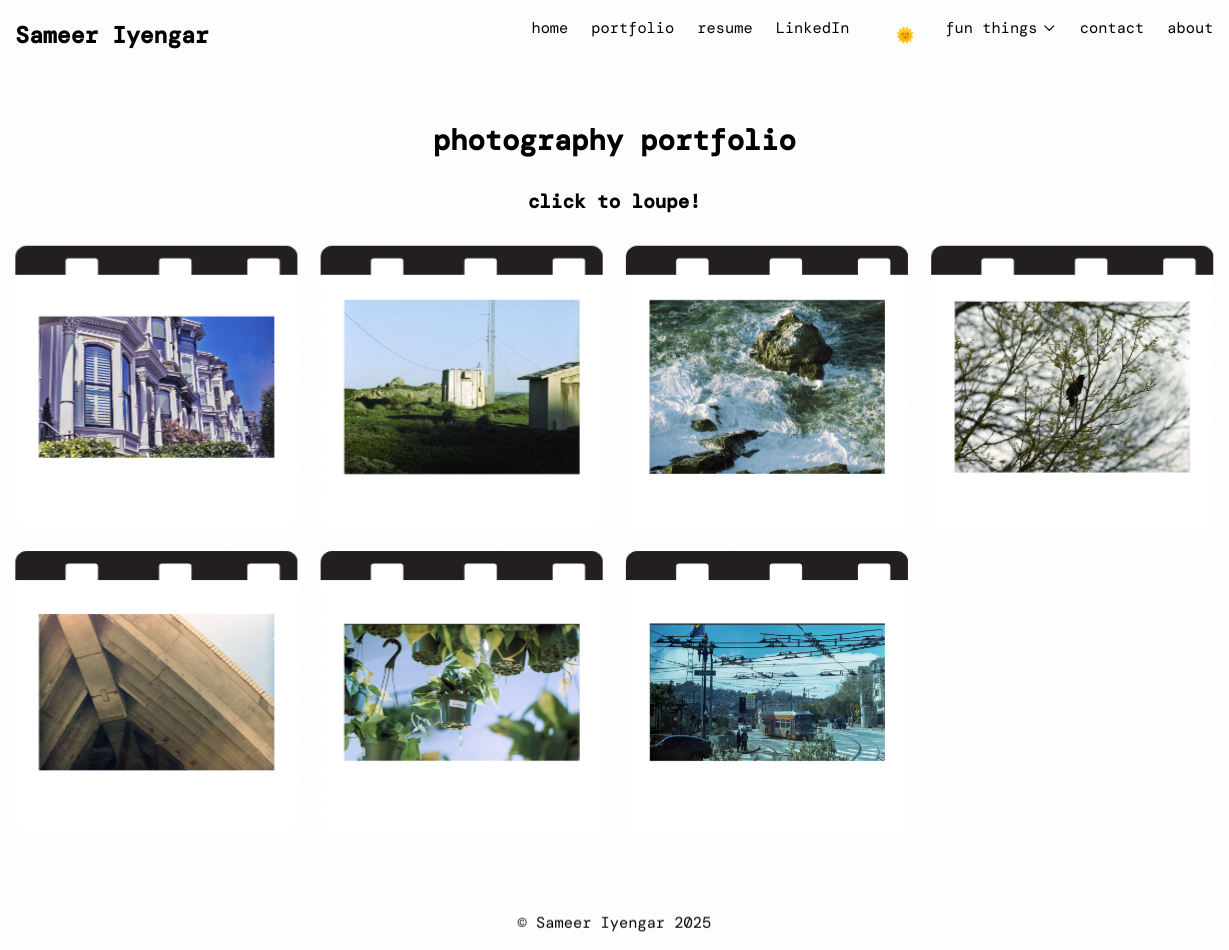
Repository: siyengar04/siyengar04.github.io
Page: portfolio.html
An editor plug-in stored every save of this project. The page is shown before and after the next save, followed by the edit.
The browser window is 1280 px wide. The pictures show the whole page, at 96% of full size.
Some web fonts or font styles are not loaded; a fallback is used.

Above is the page before, as saved 2025-10-11 16:23:42.
Not found: path-to-your-bottom-border.svg

After the next save:
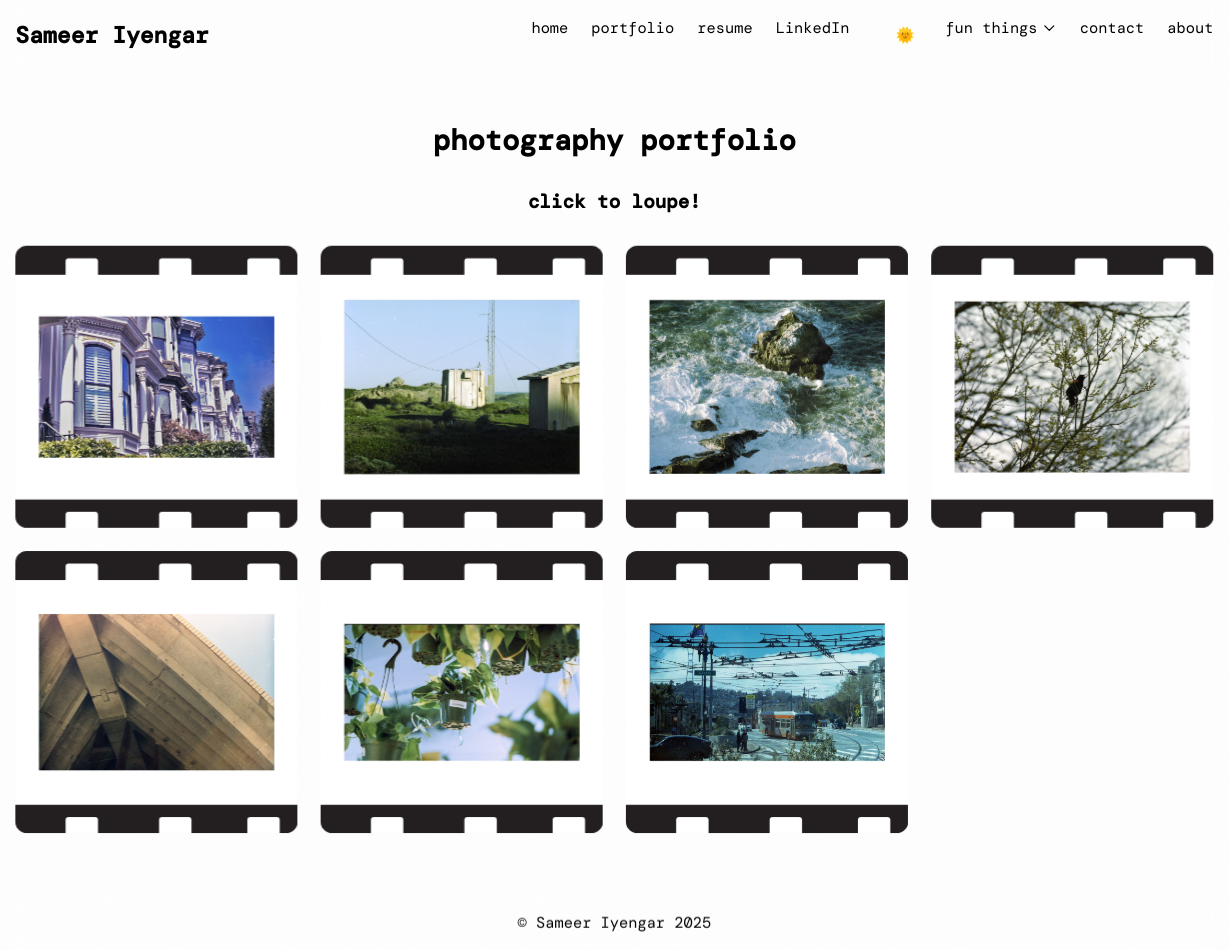
Saved 5 s later.
--- a/portfolio.html
+++ b/portfolio.html
@@ -66,7 +66,7 @@
 
         .gallery-item::after {
             bottom: 0;
-            background-image: url('path-to-your-bottom-border.svg');
+            background-image: url('Asset 4.svg');
         }
 
         .gallery-img {
